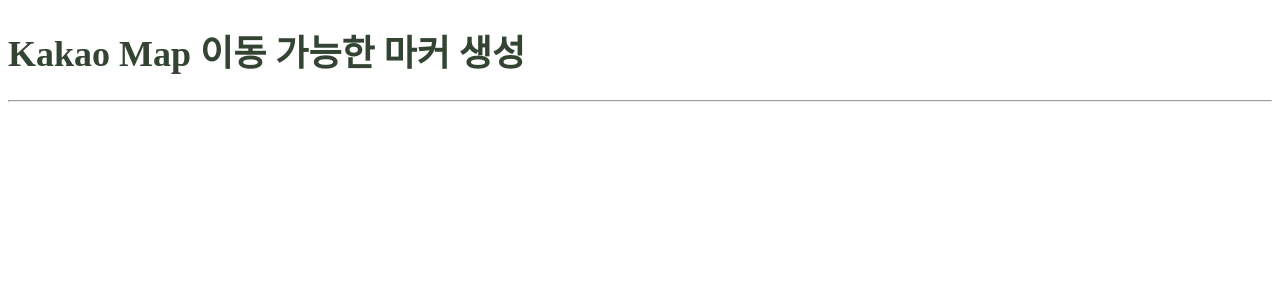
Repository: Jejeong-Moon/KakaoMapStudy
Page: KakaoMapStudy/MapApp/WebContent/MapTest015.html
These files come from the project's save history. The page is drawn as it stood at one moment and after the next save; the edit follows.
The browser window is 1280 px wide. The pictures show the whole page.

Above is the page before, as saved 2025-03-11 02:38:27.
Console error: ReferenceError: initialize is not defined

### KakaoMapStudy/MapApp/WebContent/MapTest015.html
<!DOCTYPE html>
<html>
<head>
<meta charset="UTF-8">
<title>Insert title here</title>
<link rel="stylesheet" type="text/css" href="css/main.css">
</head>
<body onload="initialize()">


<!-- 지도를 그려낼 div 공간 제작 -->
<!-- ○ 발급 받은 APP Key -->
<!-- 083a2bd9d2504e9dde582bbbb8ce730b -->

<!-- ○ 지도의 중심 좌표 -->
<!-- 37.556570, 126.919533 -->

<!-- ○ 2번 출구 앞 스타벅스 좌표 -->
<!-- 37.557291419251065, 126.9236372295092 -->

<div>
	<h1>Kakao Map 이동 가능한 마커 생성</h1>
	<hr />
</div>

<div id="map" style="width: 100%; height: 400px;"></div>
<br />

<div id="result"></div>


</body>
</html>

### KakaoMapStudy/MapApp/WebContent/css/main.css
@charset "UTF-8";
@charset "UTF-8";


/* main.css */

*
{
   font-family: 맑은 고딕;
   color: #343;
}

body, p, div, span, input, table, th, td, select
{
   font-size: 18px;
}

.control
{
   border: 1px solid gray;
   border-radius: 3px;
}

table
{
   border-collapse: collapse;
   width: 50%;
}

.table th, table td
{
   border: 1px solid gray;
   border-left: 0px;
   border-right: 0px;
   padding: 3px;
   line-height: 150%;
}

.table th
{
   font-weight: bold;
   background-color: #EEE;
}

.btn
{
   font-weight: bold;
}

.btn:hover
{
   color: white;
   background-color: #787;
}

.btn:active
{
   color: orange;
}

After the next save:
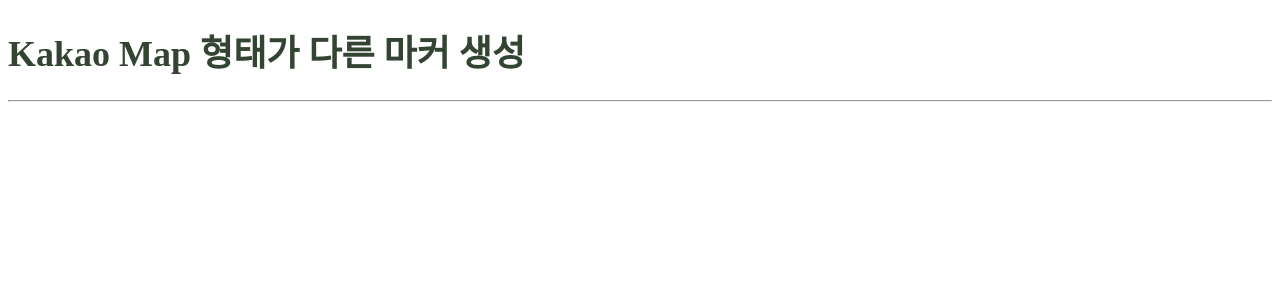
Saved 8 s later.
--- a/KakaoMapStudy/MapApp/WebContent/MapTest015.html
+++ b/KakaoMapStudy/MapApp/WebContent/MapTest015.html
@@ -19,7 +19,7 @@
 <!-- 37.557291419251065, 126.9236372295092 -->
 
 <div>
-	<h1>Kakao Map 이동 가능한 마커 생성</h1>
+	<h1>Kakao Map 형태가 다른 마커 생성</h1>
 	<hr />
 </div>
 
